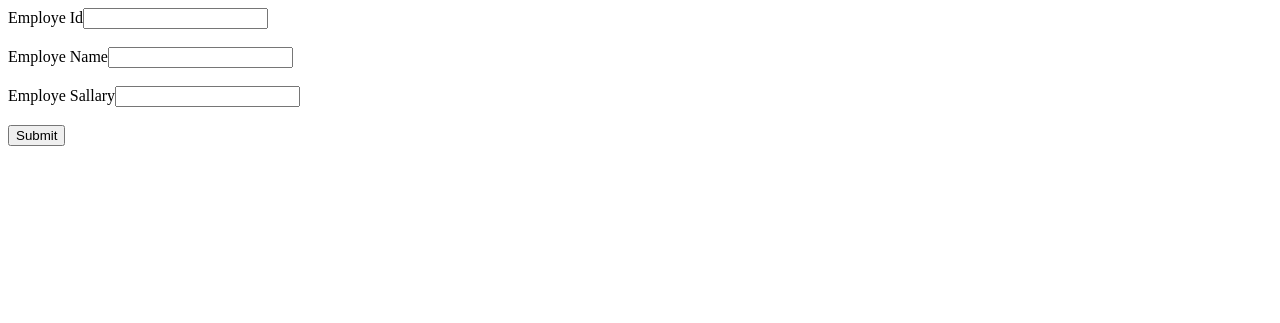
Repository: nitesh0402/spring-mvc-project
Page: http://localhost/SpringCrud/
The author's editor kept a copy of each file at every save. The page is drawn from the files as they stood at one save, then again after the next save.
The browser window is 1280 px wide. The pictures show the whole page.
The page is served by Tomcat 9. Other server files are loaded and not shown.

Above is the page before, as saved 2022-06-18 09:31:10.

### new-nitesh-workspace/SpringCrud/src/main/webapp/index.jsp
<%@ page language="java" contentType="text/html; charset=ISO-8859-1"
    pageEncoding="ISO-8859-1"%>
<!DOCTYPE html>
<html>
<head>
<meta charset="ISO-8859-1">
<title>Insert title here</title>
</head>
<body>
<!--  <a href="si">call SiForm</a><br><br>  -->

  <!--  <a href="fetchStudents">fetch student records</a><br><br>
 -->
<!-- <form action="stuDetail">
RollNumber<input type="number" name="rollNum" id="rollNum"><br><br>
Student Name<input type="text" name="name" id="name"><br><br>
<input type="submit">
</form>  -->


 <!-- <form action="DeleteStudent">   deleteData
RollNumber<input type="number" name="rollNum" id="rollNum"><br><br>
Student Name<input type="text" name="name" id="name"><br><br>
<input type="submit">
</form>
  -->


 <form action="Insert">
Employe Id<input type="number" name="empId" id="empId"><br><br>
Employe Name<input type="text" name="empName" id="empName"><br><br>

Employe Sallary<input type="number" name="empSall" id="empSall"><br><br>
<input type="submit">
</form>


</body>
</html>

After the next save:
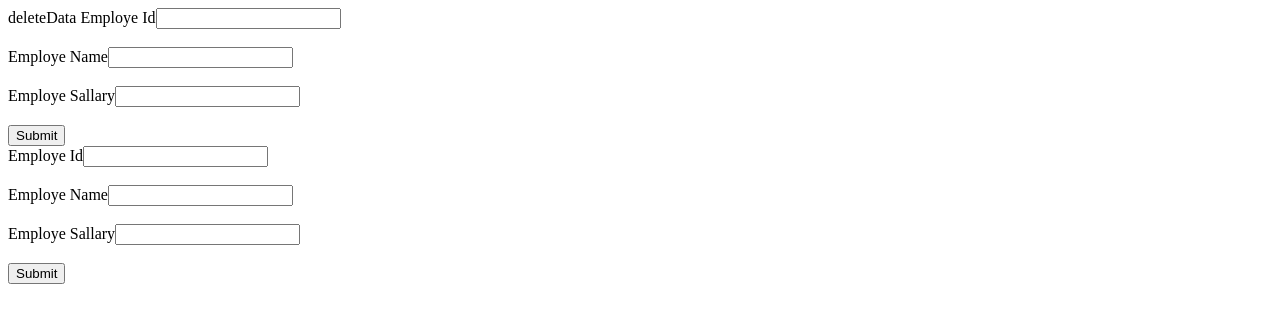
Saved 104 s later.
--- a/new-nitesh-workspace/SpringCrud/src/main/webapp/index.jsp
+++ b/new-nitesh-workspace/SpringCrud/src/main/webapp/index.jsp
@@ -18,12 +18,13 @@
 </form>  -->
 
 
- <!-- <form action="DeleteStudent">   deleteData
-RollNumber<input type="number" name="rollNum" id="rollNum"><br><br>
-Student Name<input type="text" name="name" id="name"><br><br>
+  <form action="DeleteStudent">   deleteData
+Employe Id<input type="number" name="empId" id="empId"><br><br>
+Employe Name<input type="text" name="empName" id="empName"><br><br>
+Employe Sallary<input type="number" name="empSall" id="empSall"><br><br>
 <input type="submit">
 </form>
-  -->
+
 
 
  <form action="Insert">
